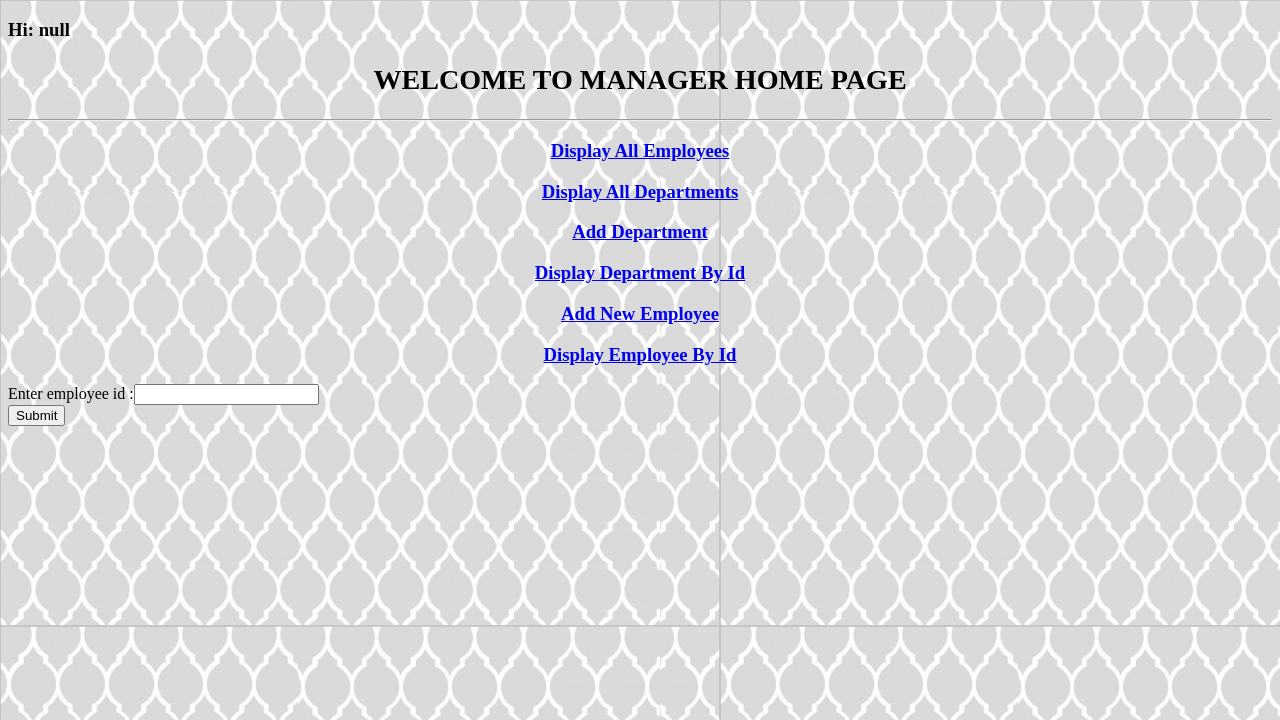
Repository: laharidevisetti/TSWebProject-2-Tables-_Skel
Page: http://localhost/TSWebProject_2Tables__Skel/getDeptById.jsp
An editor plug-in stored every save of this project. The page is shown before and after the next save, followed by the edit.
The browser window is 1280 px wide. The pictures show the whole page.
The page is served by Tomcat 9.

Above is the page before, as saved 2019-04-28 06:12:53.

After the next save:
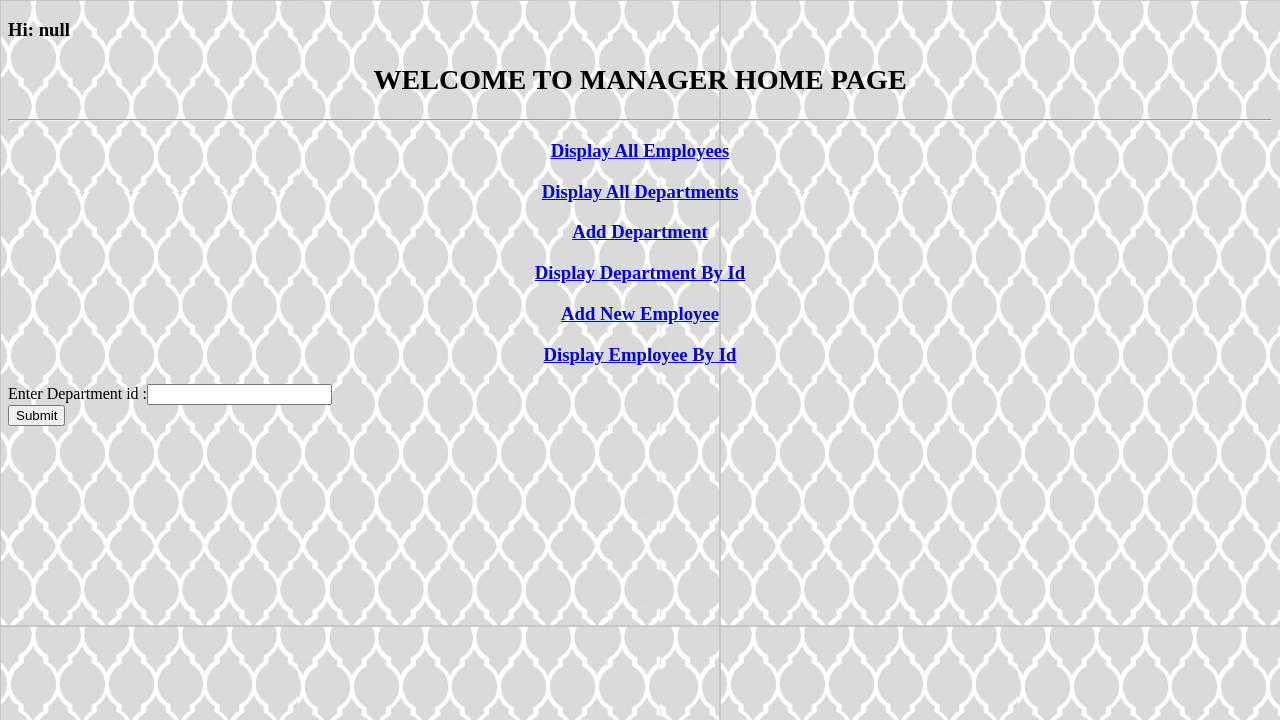
Saved 70 s later.
--- a/TSWebProject(2Tables)_Skel/WebContent/getDeptById.jsp
+++ b/TSWebProject(2Tables)_Skel/WebContent/getDeptById.jsp
@@ -9,7 +9,7 @@
 <body>
 <jsp:include page="MgrHomePage.jsp"></jsp:include>
 <form action="DisplayDept" method="POST">
-Enter employee id :<input type="text" name="empId"><br/>
+Enter Department id :<input type="text" name="DeptId"><br/>
 <input type="submit" value="Submit">
 </form>
 </body>
